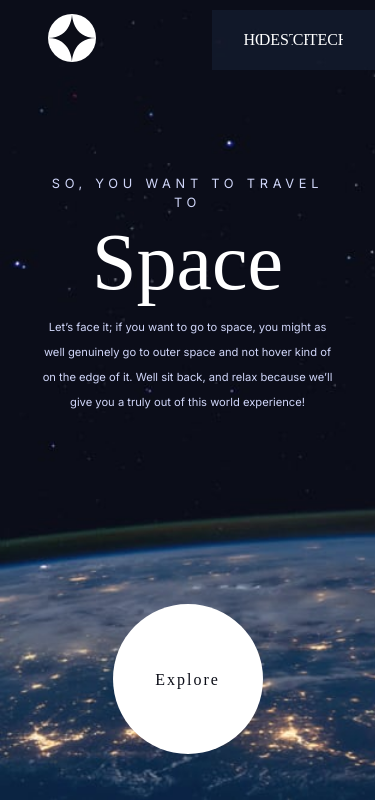
Repository: nilesjamex/space
Page: /
An editor plug-in stored every save of this project. The page is shown before and after the next save, followed by the edit.
The browser window is 375 px wide. The pictures show the whole page.
Some web fonts or font styles are not loaded; a fallback is used. Some web libraries are served in a nearby version. The project was rebuilt for these pictures with package versions that can differ from the ones it lists, and the page was loaded fresh each time. The framework's server and built-in components were replaced by stand-ins that run in the browser. Also part of the build but not shown: next.config.js.

Above is the page before, as saved 2022-01-08 04:44:07.

### pages/_document.js
import Document, { Html, Head, Main, NextScript } from 'next/document'

class MyDocument extends Document {
  render() {
    return (
      <Html>
        <Head>
          <link rel="preconnect" href="https://fonts.googleapis.com" />
<link rel="preconnect" href="https://fonts.gstatic.com" crossOrigin />
<link href="https://fonts.googleapis.com/css2?family=Bellefair&display=swap" rel="stylesheet" />
        <link rel="preconnect" href="https://fonts.googleapis.com" />
<link rel="preconnect" href="https://fonts.gstatic.com" crossOrigin />
<link href="https://fonts.googleapis.com/css2?family=Barlow+Condensed:ital,wght@0,100;0,300;0,400;1,100&family=Inter&display=swap" rel="stylesheet" />
        </Head>
        <body>
          <Main />
          <NextScript />
        </body>
      </Html>
    )
  }
}

export default MyDocument

### pages/index.js
import Head from 'next/head';
import styles from '../styles/Home.module.css';
import Nav from "../Layout/Nav";
import Homee from './../Components/Home.js';

export default function Home() {
  return (
    <div className={styles.container}>
      <Head>
        <title>Create Next App</title>
        <meta name="description" content="Generated by create next app" />
        <link rel="icon" href="/favicon.ico" />
        <link rel="stylesheet" type="text/css" charset="UTF-8" href="https://cdnjs.cloudflare.com/ajax/libs/slick-carousel/1.6.0/slick.min.css" />
<link rel="stylesheet" type="text/css" href="https://cdnjs.cloudflare.com/ajax/libs/slick-carousel/1.6.0/slick-theme.min.css" />
      </Head>

      <main className={styles.main}>
       <Homee />
      </main>
    </div>
  )
}

### styles/globals.css
a {
  color: inherit;
  text-decoration: none;
}

*{
  margin: 0;
  padding: 0;
  box-sizing: border-box;
  max-width: 100%;
  max-height: 100vh;
  overflow-y: hidden;
}

li {
  list-style: none;
  cursor: pointer;
}

### styles/Home.module.css
.main {

}

### Layout/Nav.js
import React from 'react';
import styles from './nav.module.css';
import Link from 'next/link'

const Nav = ({children}) => {
    return (
       <div className={styles.navBody}>
        <nav className={styles.nav}>
         <div>
            <svg width="48" height="48" viewBox="0 0 48 48" fill="none" xmlns="http://www.w3.org/2000/svg">
<circle cx="24" cy="24" r="24" fill="white"/>
<path fillRule="evenodd" clipRule="evenodd" d="M24 0C24 0 24 24 0 24C23.5776 24.1714 24 48 24 48C24 48 24 24 48 24C24 24 24 0 24 0Z" fill="#0B0D17" />
</svg>
  </div>

<ul className={styles.ul}>
<li><Link href="/"> HOME </Link></li>
<li><Link href="/Destinations">DESTINATION </Link></li>
<li><Link href="/Crew">CREW</Link></li>
<li><Link href="/Technology">TECHNOLOGY</Link></li>
</ul>
        </nav>
      <div className={styles.mainBody}> {children} </div>
</div>
    )
}

export default Nav

### Components/Home.js
import React from 'react';
import Styles from './home.module.css';
import Nav from './../Layout/Nav';

const Home = () => {
    return (
        <div className={Styles.Homes} >
        <div className={Styles.nav}>
        <Nav />
        </div>
        <div>
        <div className={Styles.Home}>
        <div className={Styles.HomeText}>
            <h3 className={Styles.HomeTextsub}>So, you want to travel to </h3>
  <h1 className={Styles.HomeTextspace}>Space</h1>
  <h3 className={Styles.HomeTextsubs}>Let’s face it; if you want to go to space, you might as well genuinely go to
  outer space and not hover kind of on the edge of it. Well sit back, and relax
  because we’ll give you a truly out of this world experience! </h3>
  </div>
<div className={Styles.Explore}>
  <h2 className={Styles.ExploreText}>Explore</h2>
  </div>
  </div>
        </div>
        </div>
    )
}

export default Home

### Layout/nav.module.css
.nav {
    display: flex;
    justify-content: space-between;
    align-items: center;
    padding-left: 3rem;
    width: 100%;
    height: 10vh;

}

.ul {
    display: flex;
    width: 50%;
    justify-content: space-between;
    align-items: center;
    color: #fff;
    background-color: rgba(24, 36, 59, 0.5);
    height: 60px;
    padding: 0 2rem;

}

.navBody {
    height: 100%;
}

### Components/home.module.css
.Homes {
    background: url('../public/assets/home/background-home-desktop.jpg');
    background-size: cover;
    height: 100%;
}
.Home{
    display: flex;
    align-items: center;
    justify-content: space-around;
    height: 100vh;
    }
.HomeText {
    width: 40%;
}
.HomeTextsub {
    font-family: 'Barlow Condensed', sans-serif;
    font-family: 'Inter', sans-serif;
    font-style: normal;
    font-weight: normal;
    font-size: 1.9rem;
    line-height: 34px;
    letter-spacing: 4.725px;
    text-transform: uppercase;
    color: #D0D6F9;
}
.HomeTextspace {
    font-family: "Bellefair", serif;
    font-style: normal;
    font-weight: normal;
    font-size: 9.3rem;
    line-height: 172px;
    color: #FFFFFF;
    display: block;
    width: 80;
}
.HomeTextsubs {
    font-family: 'Barlow Condensed', sans-serif;
    font-family: 'Inter', sans-serif;
    font-style: normal;
    font-weight: normal;
    font-size: 1rem;
    line-height: 32px;
    color: #D0D6F9;
    text-align: left;
    width: 60%;
    margin-top: 0.2rem;
}
.Explore {
    height: 274px;
    width: 274px;
    background-color: #fff;
    border-radius: 50%;
}
.ExploreText {
    text-align: center;
    display: flex;
    justify-content: center;
    align-items: center;
    margin: 6rem auto;
    font-family: 'Bellefair', serif;
    font-style: normal;
    font-weight: normal;
    font-size: 2rem;
    line-height: 37px;
    letter-spacing: 2px;
    color: #0B0D17;
}

@media screen and (max-width: 1024px) {
    .Homes {
        background: url('../public/assets/home/background-home-tablet.jpg');
        background-size: cover;
    height: 100%;
    }
    .Home{
        display: flex;
        flex-direction: column;
        }
        .HomeText {
            width: 80%;
            text-align: center;
        }
    .HomeTextsub {
        font-size: 1.2rem;
        line-height: 24px;
    }
    .HomeTextsubs {
        font-size: 1rem;
        line-height: 28px;
        text-align: center;
        width: 100%;
    }
    .Explore {
        height: 242px;
        width: 242px;
        background-color: #fff;
        border-radius: 50%;
        margin-bottom: 2rem;
    }
}

@media screen and (max-width: 900px) {
    .Home{
        display: flex;
        flex-direction: column;
        }
        .HomeText {
            width: 80%;
            text-align: center;
        }
    .HomeTextsub {
        font-size: 1.2rem;
        line-height: 24px;
    }
    .HomeTextsubs {
        font-size: 1rem;
        line-height: 28px;
        text-align: center;
        width: 100%;
    }
    .Explore {
        height: 225px;
        width: 225px;
        background-color: #fff;
        border-radius: 50%;
    }
}

@media screen and (max-width: 760px) {
    .Homes {
        background: url('../public/assets/home/background-home-mobile.jpg');
        background-size: cover;
        height: 100%;
    }
    .HomeTextsubs {
        font-size: 0.8rem;
        line-height: 25px;
    }
    .HomeTextsub {
        font-size: 1rem;
        line-height: 19px;
    }
    .HomeTextspace {
        font-size: 5rem;
        line-height: 100px;
    }
    .Explore {
        height: 150px;
        width: 150px;
        background-color: #fff;
        border-radius: 50%;
        margin-bottom: 2rem;
    }
    .ExploreText {
        font-size: 1rem;
        line-height: 23px;
        margin: 4rem auto;
    }
}
@media screen and (max-width: 500px) {
    .HomeTextsubs {
        font-size: 0.7rem;
        line-height: 25px;
    }
    .HomeTextsub {
        font-size: 0.8rem;
        line-height: 19px;
    }
}

Loaded but not shown: pages/_app.js (common file)

After the next save:
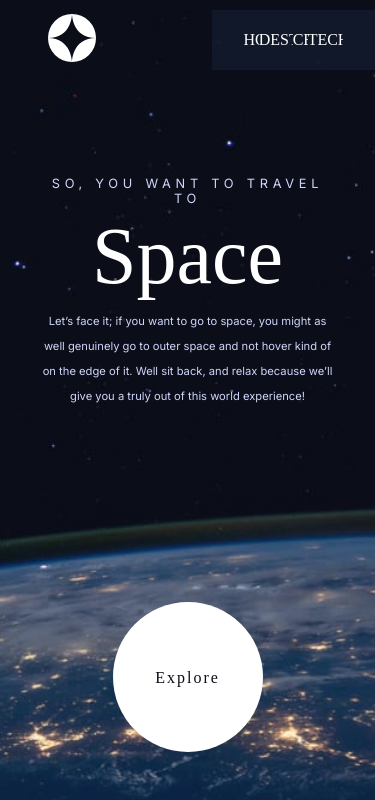
Saved 16 s later.
--- a/Components/home.module.css
+++ b/Components/home.module.css
@@ -164,6 +164,6 @@
     }
     .HomeTextsub {
         font-size: 0.8rem;
-        line-height: 19px;
+        line-height: 15px;
     }
 }
